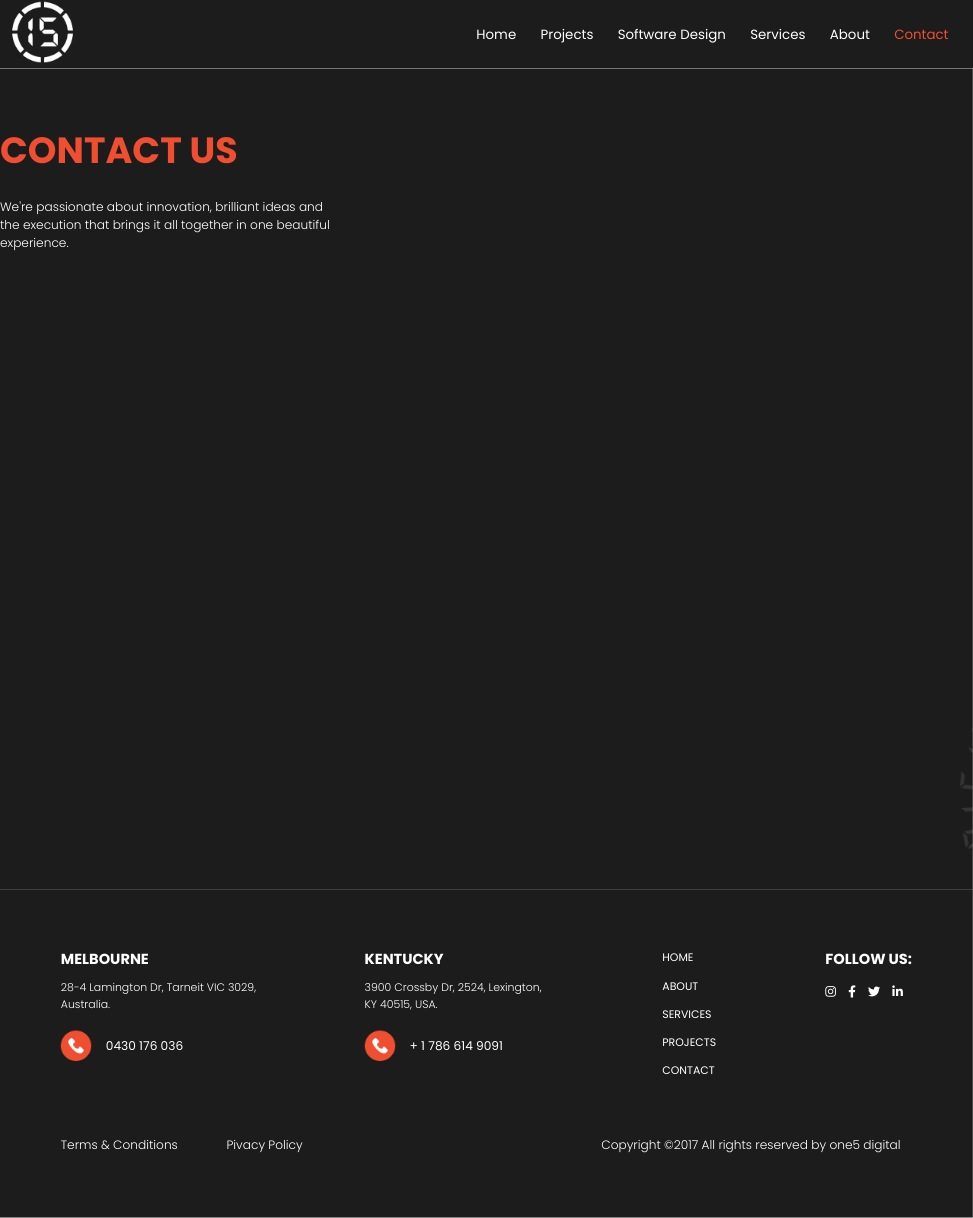
Repository: gopalpurohit54/one5
Page: /Contact
These files come from the project's save history. The page is drawn as it stood at one moment and after the next save; the edit follows.
The browser window is 1280 px wide. The pictures show the whole page, at 76% of full size.
The project was rebuilt for these pictures with package versions that can differ from the ones it lists, and the page was loaded fresh each time. Also part of the build but not shown: src/components/Button.js, src/components/HeroSection.css, src/components/HeroSection.js, src/components/OurProjects.css, src/components/OurProjects.js, src/components/OurServices.js, src/components/AboutUs.css, src/components/AboutUs.js and 30 more.

Above is the page before, as saved 2021-06-22 13:45:09.

### src/index.css
@import url('https://fonts.googleapis.com/css2?family=Poppins:ital,wght@0,100;0,200;0,300;0,400;0,500;0,600;0,700;0,800;0,900;1,100;1,200;1,300;1,400;1,500;1,600;1,700;1,800;1,900&display=swap');

* {
  margin: 0;
  padding: 0;
  outline: none;
  font-family: 'Poppins', sans-serif;
  -webkit-font-smoothing: antialiased;
  -moz-osx-font-smoothing: grayscale;
}

code {
  font-family: source-code-pro, Menlo, Monaco, Consolas, 'Courier New',
    monospace;
}

.nav-item-active {
  color: #F04E31;
}

### src/components/App.js
import React from 'react';
import Header from '../components/Header';
import { BrowserRouter as Router, Switch, Route } from 'react-router-dom';
import './App.css';
import Home from '../components/Pages/Home';
import Footer from '../components/Footer';
import About from './Pages/About';
import Projects from './Pages/Projects';
import SoftwareDesign from './Pages/SoftwareDesign';
import Services from './Pages/Services';
import Contact from './Pages/Contact';

function App() {
  return (
    <Router>
      <Header />
      <Switch>
        <Route path='/' exact component= {Home} />
        <Route path='/About' exact component= {About} />
        <Route path='/Projects' exact component= {Projects} />
        <Route path='/SoftwareDesign' exact component= {SoftwareDesign} />
        <Route path='/Services' exact component= {Services} />
        <Route path='/Contact' exact component= {Contact} />
      </Switch>
      <Footer />
    </Router>
  );
}



export default App

### src/components/Header.js
import React, { useState, useEffect } from 'react';
import './Header.css';
import { NavLink } from 'react-router-dom';

function Header() {
    const [navbar, setHeader] = useState(false);

    const changeBackground = () => {
        console.log(window.scrollY)
    }

    window.addEventListener('scroll', changeBackground);

    return (
        <div className="header active">
            <div className="logo">
                <img src="./logo-white.png" />
            </div>
            <ul className="nav-items">
                <li className="nav-items"><NavLink exact to="/" className="nav-items" activeClassName="nav-item-active">Home</NavLink></li>
                <li className="nav-items"><NavLink exact to="/Projects" className="nav-items" activeClassName="nav-item-active">Projects</NavLink></li>
                <li className="nav-items"><NavLink exact to="/SoftwareDesign" className="nav-items" activeClassName="nav-item-active">Software Design</NavLink></li>
                <li className="nav-items"><NavLink exact to="/Services" className="nav-items" activeClassName="nav-item-active">Services</NavLink></li>
                <li className="nav-items"><NavLink exact to="/About" className="nav-items" activeClassName="nav-item-active">About</NavLink></li>
                <li className="nav-items"><NavLink exact to="/Contact" className="nav-items" activeClassName="nav-item-active">Contact</NavLink></li>
            </ul>
        </div>
    )
}

export default Header

### src/components/App.css

* {
    box-sizing: border-box;
    margin: 0;
    padding: 0;
    font-family: 'Poppins', sans-serif;
    /* background: #1c1c1c; */
  }

### src/components/Footer.js
import React from 'react';
import './Footer.css';
import { Link } from 'react-router-dom';

function Footer() {
    return (
        <div className="footer">
            <div className="footer-wrapper">
                <ul className="add-1">
                    <h6>MELBOURNE</h6>
                    <p>28-4 Lamington Dr, Tarneit VIC 3029, <br/> Australia.</p>
                    <div className="call"><img className="call-icon" src="./phone-icon.png" /> 0430 176 036 </div>
                </ul>
                <ul className="add-2">
                    <h6>KENTUCKY</h6>
                    <p>3900 Crossby Dr, 2524, Lexington, <br/> KY 40515, USA.</p>
                    <div className="call"><img className="call-icon" src="./phone-icon.png" /> + 1 786 614 9091 </div>
                </ul>
                <ul className="site-links">
                    <li><Link to="/" className="site-links">HOME</Link></li>
                    <li><Link to="/About" className="site-links">ABOUT</Link></li>
                    <li><Link to="/Services" className="site-links">SERVICES</Link></li>
                    <li><Link to="/Projects" className="site-links">PROJECTS</Link></li>
                    <li><Link to="/Contact" className="site-links">CONTACT</Link></li>
                </ul>
                <ul className="follow-us">
                    <h6>FOLLOW US:</h6>
                    <a className="social" href="#"><i class="fab fa-instagram"></i></a>
                    <a className="social" href="#"><i class="fab fa-facebook-f"></i></a>
                    <a className="social" href="#"><i class="fab fa-twitter"></i></a>
                    <a className="social" href="#"><i class="fab fa-linkedin-in"></i></a>
                </ul>
            </div>
            <div className="copyright">
                <div className="copy-left">
                    <p className="left-p1">Terms & Conditions</p>
                    <p className="left-p2">Pivacy Policy</p>
                </div>
                <div className="copy-right">
                    <p className="right-p">Copyright ©2017 All rights reserved by one5 digital</p>
                </div>
            </div>
        </div>
    )
}

export default Footer

### src/components/Pages/Contact.js
import React from 'react';
import '../App';
import ContactPage from '../ContactPage';

function Contact() {
    return (
            <React.Fragment>
                <ContactPage />
            </React.Fragment>
    )
}

export default Contact;

### src/components/Header.css
.header {
    background: transparent;
    color: white;
    display: flex;
    flex-direction: row;
    align-content: center;
    justify-content: space-between;
    align-items: center;
    padding: 1rem;
    position: sticky;
    top: 0;
    height: 90px;
}
.header.active {
    background: #1c1c1c;
}

.nav-items {
    display: flex;
    list-style: none;
    font-size:1.1rem;
    text-decoration: none;
    color: #fff;
}

li.nav-items{
    margin-bottom: 0;
}

li {
    padding-left: 1rem;
    padding-right: 1rem;
}

a.nav-items:hover {
    color: #F04E31;
    cursor: pointer;
}

.nav-item-active {
    color: #F04E31;
}

### src/components/Footer.css
.footer {
    padding: 5rem 5rem 1rem 5rem;
    background-color: #1c1c1c;
    height: 60vh;
    width: 100%;
    color: white;
}

.footer h6 {
    font-size: 1.2rem;
    line-height: 1.2;
    margin-bottom: 1rem;
}

.footer p {
    margin-bottom: 1.5rem;
    font-size: 1rem;
    line-height: 1.5;
    font-style: normal;
    font-weight: 300;
    padding-right: 15px;
}

.footer-wrapper {
    display: flex;
    flex: 1;
    flex-direction: row;
    align-content: center;
    justify-content: space-between;
    align-items: flex-start;
}

.add-1 p {
    font-size: 0.9rem;
}

.add-2 p {
    font-size: 0.9rem;
}

.call {
    display: flex;
    flex-direction: row;
    justify-content: flex-start;
    align-content: center;
    align-items: center;
}

.call:hover {
    color: #F04E31;
}

.follow-us p {
    font-size: 0.9rem;
}

i.fab.fa-instagram {
    padding: 0.5rem 0.5rem 0.5rem 0;
}

i.fab.fa-instagram:hover {
    color: #F04E31;
}

i.fab.fa-facebook-f {
    padding: 0.5rem;
}

i.fab.fa-facebook-f:hover {
    color: #F04E31;
}


i.fab.fa-twitter {
    padding: 0.5rem;
}

i.fab.fa-twitter:hover {
    color: #F04E31;
}


i.fab.fa-linkedin-in {
    padding: 0.5rem;
}

i.fab.fa-linkedin-in:hover {
    color: #F04E31;
}

img.call-icon {
    padding-right: 1.2rem;
}

.copyright {
    display: flex;
}

.copy-left {
    width: 50%;
    display: flex;
}

.copy-right {
    width: 50%;
}

p.left-p1 {
    margin-bottom: 0;
    padding-right: 4rem;
    line-height: 1;
    padding-top: 4rem;
}

p.left-p1:hover {
    color: #F04E31;
}

p.left-p2 {
    margin-bottom: 0;
    padding-right: 4rem;
    line-height: 1;
    padding-top: 4rem;
}

p.left-p2:hover {
    color: #F04E31;
}

p.right-p {
    margin-bottom: 0;
    line-height: 1;
    padding-top: 4rem;
    display: flex;
    justify-content: flex-end;
    align-content: center;
    align-items: center;
}

p.right-p:hover {
    color: #F04E31;
}

li {
    list-style: none;
    font-size: 0.9rem;
    margin-bottom: 1rem;
}

a.social{
    color: #fff;
}

.site-links {
    text-decoration: none;
    color: #fff;
}

.site-links:hover {
    color: #F04E31;
}

### src/components/ContactPage.js
import React from 'react';
import './ContactPage.css';

function ContactPage() {
    return (
        <div className="contactpage">
            <div className="con-left">
                <h1>CONTACT US</h1>
                <p>We're passionate about innovation, brilliant ideas and <br/>
                the execution that brings it all together in one beautiful <br/>
                experience.</p>
            </div>
            <div className="con-right">

            </div>
        </div>
    )
}

export default ContactPage

### src/components/OurServices.css
.our-services {
    padding: 5rem 5rem;
    height: 100vh;
    background-image: url('./assets/bg-white-mainpage.png');
}

.our-services h1 {
    margin-bottom: 2rem;
    font-size: 3rem;
    line-height: 1.2;
}

.our-services h6 {
    font-size: 1.2rem;
    line-height: 1.2;
    margin-bottom: 1rem;
}

p {
    margin-bottom: 1.5rem;
    font-size: 1rem;
    line-height: 1.5;
    font-style: normal;
    font-weight: 300;
    padding-right: 15px;
}

.service-wrapper {
    display: flex;
    flex: 1;
    margin-top: 3.5rem;
}

.service-1 p {
    font-size: 0.9rem;
}

.service-2 p {
    font-size: 0.9rem;
}

.service-3 p {
    font-size: 0.9rem;
}

.service-4 p {
    font-size: 0.9rem;
}

### src/components/Expertize.css
.expertize {
    padding: 5rem 5rem 5rem 0;
    height: 80vh;
    background-image: url('./assets/about-white.png');
    background-repeat: no-repeat;
    width: 100%;
    background-size: cover;
}

.expertize h1 {
    margin-bottom: 2rem;
    font-size: 3rem;
    line-height: 1.2;
    color: #000;
}

.expertize h6 {
    font-size: 1.2rem;
    line-height: 1.2;
    margin-bottom: 1rem;
    color: #000;
}

.expertize p {
    margin-bottom: 0.5rem;
    font-size: 1rem;
    line-height: 1.5;
    font-style: normal;
    font-weight: 300;
    padding-right: 15px;
    color: #000;
}

.exp-left{
    float: left;
    width: 50%;
}

.exp-right{
    float: right;
    width: 40%;
    align-content: flex-end;
}

.exp-img {
    height: 350px;
    margin-top: 2rem;
}

li.exp-items {
    color: #000;
    list-style: disc;
    font-size: 1rem;
}

::marker  {
    color: #F04E31;
}

### src/components/Solutions.css
.solutions {
    padding: 5rem 5rem;
    height: 100vh;
    background:#fff;
}

.solutions h1 {
    margin-bottom: 2rem;
    font-size: 3rem;
    line-height: 1.2;
}

.solutions h6 {
    font-size: 1.2rem;
    line-height: 1.2;
    margin-bottom: 1rem;
}

.solutions p {
    margin-bottom: 1.5rem;
    font-size: 1rem;
    line-height: 1.5;
    font-style: normal;
    font-weight: 300;
    padding-right: 15px;
}

.solution-wrapper {
    display: flex;
    flex: 1;
    margin-top: 3.5rem;
}

.solution-1 p {
    font-size: 0.9rem;
}

.solution-2 p {
    font-size: 0.9rem;
}

.solution-3 p {
    font-size: 0.9rem;
}

.solution-4 p {
    font-size: 0.9rem;
}

li.sol-items {
    color: #000;
    list-style: disc;
    font-size: 1rem;
}

::marker  {
    color: #F04E31;
}

ul.solution-1 {
    margin-right: 3rem;
    margin-left: 1rem;
}

ul.solution-2 {
    margin-right: 3rem;
}

ul.solution-3 {
    margin-right: 3rem;
}

### src/components/Benefits.css
.benefits {
    padding: 5rem 5rem;
    height: 100vh;
    background-image: url('./assets/ecombg.png');
    background-size: cover;
}

.benefits h1 {
    margin-bottom: 2rem;
    font-size: 3rem;
    line-height: 1.2;
    color: #fff;
}

.benefits h6 {
    font-size: 1.2rem;
    line-height: 1.2;
    margin-bottom: 1rem;
    margin-top: 1rem;
    color: #fff;
}

p {
    margin-bottom: 1.5rem;
    font-size: 1rem;
    line-height: 1.5;
    font-style: normal;
    font-weight: 300;
    padding-right: 15px;
    color: #fff;
}

.benefit-wrapper {
    display: flex;
    flex: 1;
    margin-top: 3.5rem;
}

.benefit-1 p {
    font-size: 0.9rem;
}

.benefit-2 p {
    font-size: 0.9rem;
}

.benefit-3 p {
    font-size: 0.9rem;
}

.benefit-4 p {
    font-size: 0.9rem;
}

.benefit-1, .benefit-2, .benefit-3, .benefit-4 {
    background-image: url(./assets/Ellipse-bg.png);
    background-size: cover;
    height: 260px;
    width: 260px;
    margin: 1rem;
    display: flex;
    flex-direction: column;
    align-content: center;
    justify-content: center;
    align-items: center;
    text-align: center;
}

.bene-desc {
    display: none;
}

h6.bene-hover {
    color: #F04E31;
    text-align: center;
}

p.hover-desc {
    font-size: 0.7rem;
    text-align: center;
}

.benefit-1:hover .bene-desc{
    display: block;
}

.benefit-1:hover .bene-visible{
    display: none;
}

.benefit-2:hover .bene-desc{
    display: block;
}

.benefit-2:hover .bene-visible{
    display: none;
}

.benefit-3:hover .bene-desc{
    display: block;
}

.benefit-3:hover .bene-visible{
    display: none;
}

.benefit-4:hover .bene-desc{
    display: block;
}

.benefit-4:hover .bene-visible{
    display: none;
}

### src/components/ContactPage.css
.contactpage {
    padding: 5rem 5rem 5rem 0;
    height: 150vh;
    background-image: url('./assets/contact-bg.png');
    background-repeat: no-repeat;
    width: 100%;
    background-size: cover;
}

.contactpage h1 {
    margin-bottom: 2rem;
    font-size: 3rem;
    line-height: 1.2;
    color: #F04E31;
}

.contactpage h6 {
    font-size: 1.2rem;
    line-height: 1.2;
    margin-bottom: 1rem;
    color: #fff;
}

.contactpage p {
    margin-bottom: 0.5rem;
    font-size: 1rem;
    line-height: 1.5;
    font-style: normal;
    font-weight: 300;
    padding-right: 15px;
    color: #fff;
}

.con-left{
    float: left;
    width: 50%;
}

.con-right{
    float: right;
    width: 40%;
}

### src/components/Button.css
:root {
    --primary: #F04E31;
}

.btn {
    padding: 8px 20px;
    border-radius: 30px;
    outline: none;
    border: none;
    cursor: pointer;
}

.btn--primary {
    background-color: var(--primary);
    color: #fff;
    border: 1px solid var(--primary);
}

.btn--outline {
    background-color: transparent;
    color: #F04E31;
    padding: 8px 20px;
    border: 1px solid var(--primary);
    transition: all 0.3s ease-out;
}


.btn--white {
    background-color: transparent;
    color: #fff;
    padding: 8px 20px;
    border: 1px solid #fff;
    transition: all 0.3s ease-out;
}

.btn--white:hover {
    background-color: #fff;
    color: #F04E31;
    transition: all 0.3s ease-out;
}

.btn--medium {
    padding: 8px 20px;
    font-size: 16px;
}

.btn--large {
    padding: 12px 26px;
    font-size: 16px;
}

.btn--medium:hover, .btn--large:hover {
    background: transparent;
    color: #F04E31;
    transition: all 0.3s ease-out;
}


.btn--outline:hover {
    background-color: #F04E31;
    color: #fff;
}

Loaded but not shown: public/index.html (common file); src/index.js (common file); src/reportWebVitals.js (common file)

After the next save:
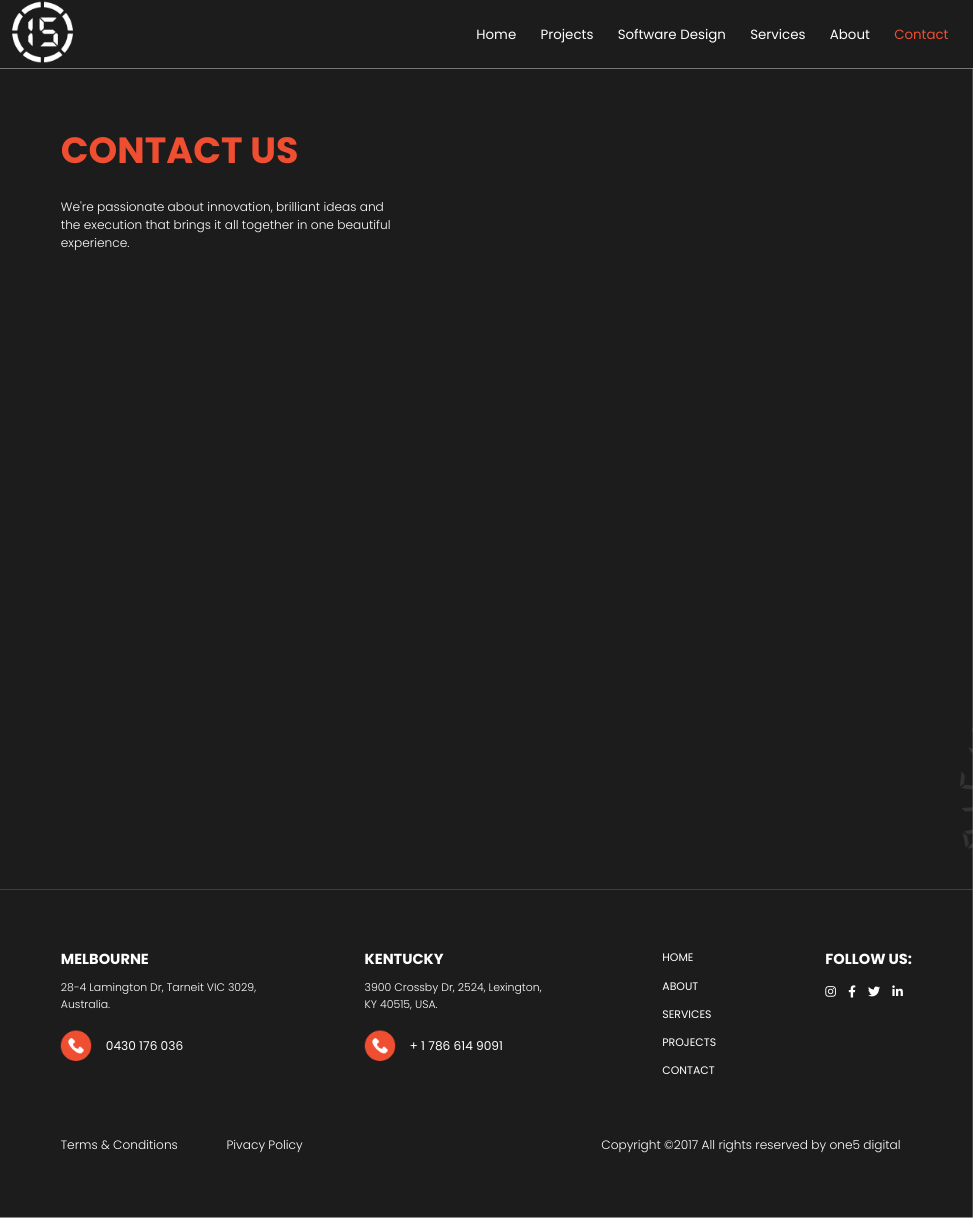
Saved 16 s later.
--- a/src/components/ContactPage.css
+++ b/src/components/ContactPage.css
@@ -1,5 +1,5 @@
 .contactpage {
-    padding: 5rem 5rem 5rem 0;
+    padding: 5rem;
     height: 150vh;
     background-image: url('./assets/contact-bg.png');
     background-repeat: no-repeat;
